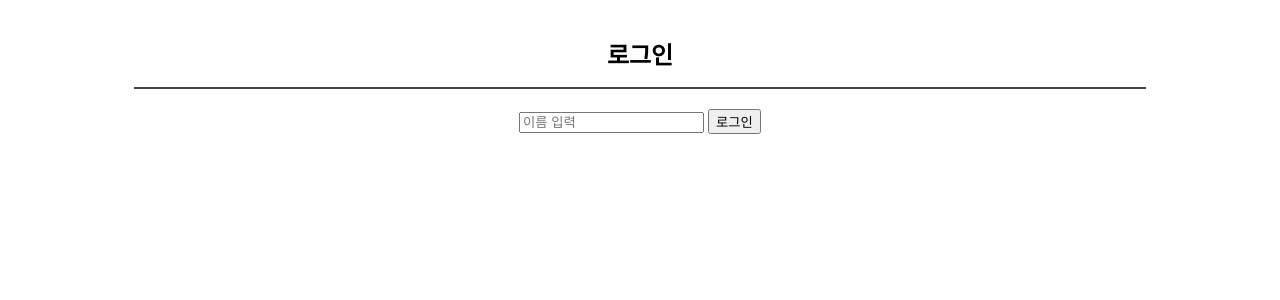
Repository: kiyongee2/space_jspworks
Page: http://localhost/jweb01/cart/selProduct.jsp
The author's editor kept a copy of each file at every save. The page is drawn from the files as they stood at one save, then again after the next save.
The browser window is 1280 px wide. The pictures show the whole page.
The page is served by Tomcat 10.

Above is the page before, as saved 2025-10-13 03:07:44.

After the next save:
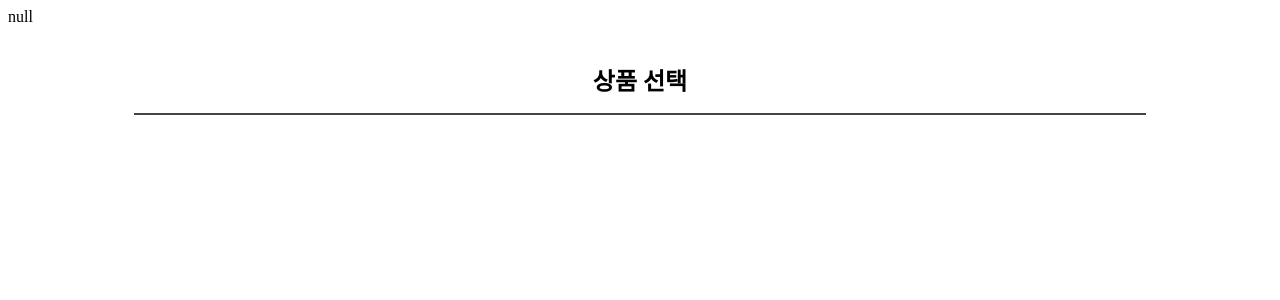
Saved 2 min 51 s later.
--- a/jweb01/src/main/webapp/cart/selProduct.jsp
+++ b/jweb01/src/main/webapp/cart/selProduct.jsp
@@ -4,21 +4,22 @@
 <html>
 <head>
 <meta charset="UTF-8">
-<title>로그인 폼</title>
+<title>상품 선택</title>
 <style>
 	#container{width: 80%; margin: 0 auto; text-align: center;}
 	h2{border-bottom: 2px solid #444; padding: 16px;}
 </style>
 </head>
+<%
+	//입력된 이름 받아오기
+	String name = request.getParameter("username");
+	out.println(name);
+%>
+
 <body>
 	<section id="container">
-		<h2>로그인</h2>
-		<form action="selProduct.jsp" method="post">
-			<p>
-				<input type="text" name="username" placeholder="이름 입력">
-				<input type="submit" value="로그인">
-			</p>
-		</form>
+		<h2>상품 선택</h2>
+
 	</section>
 </body>
 </html>
